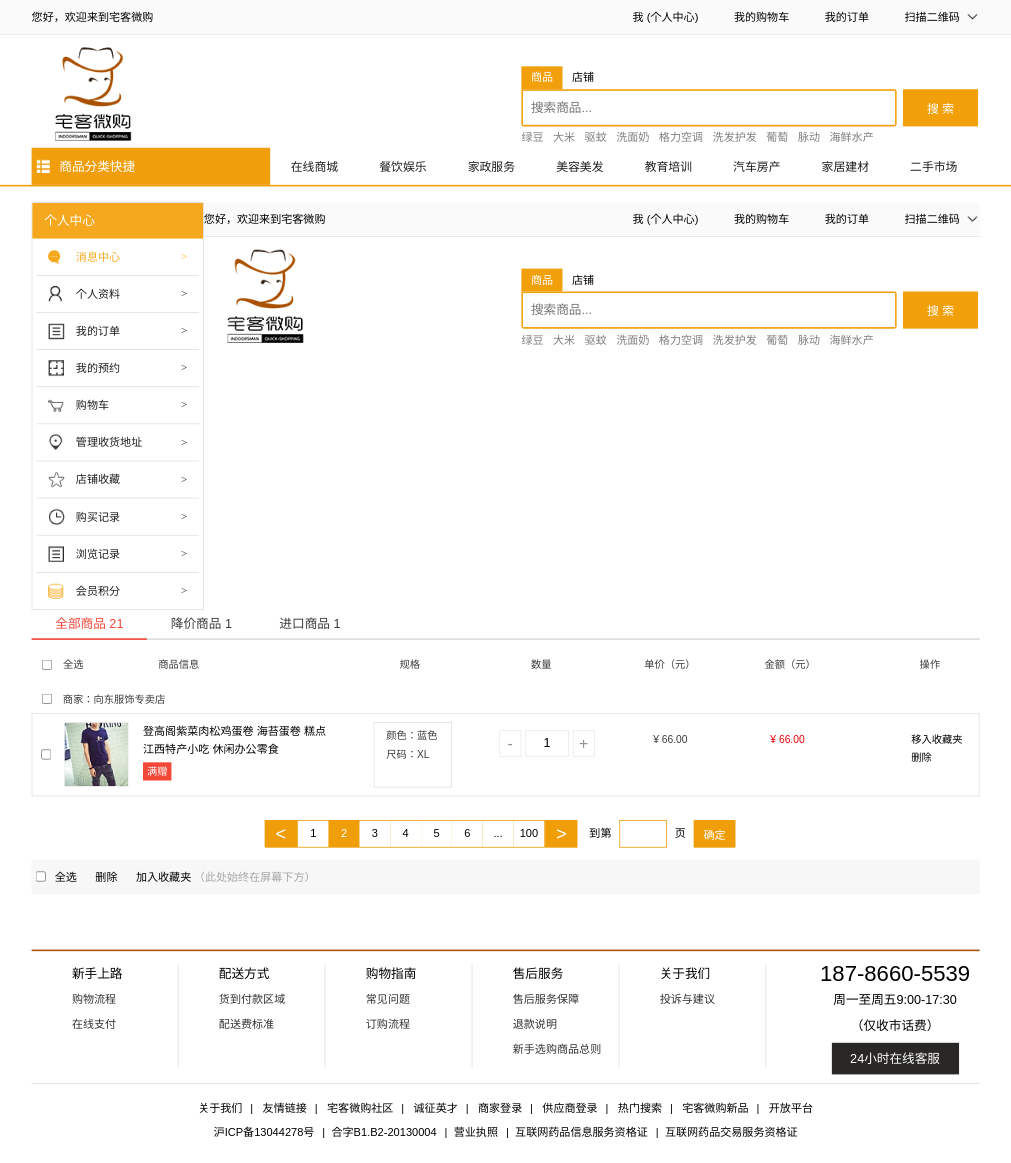
Repository: hucongting/MobliePhoneMall
Page: http://localhost/HelloMall/home/my_cart.jsp
These files come from the project's save history. The page is drawn as it stood at one moment and after the next save; the edit follows.
The browser window is 1280 px wide. The pictures show the whole page, at 79% of full size.
The page is served by Tomcat 9. Nobody is signed in. The application's start-up code is not run.

Above is the page before, as saved 2018-09-01 06:50:34.

After the next save:
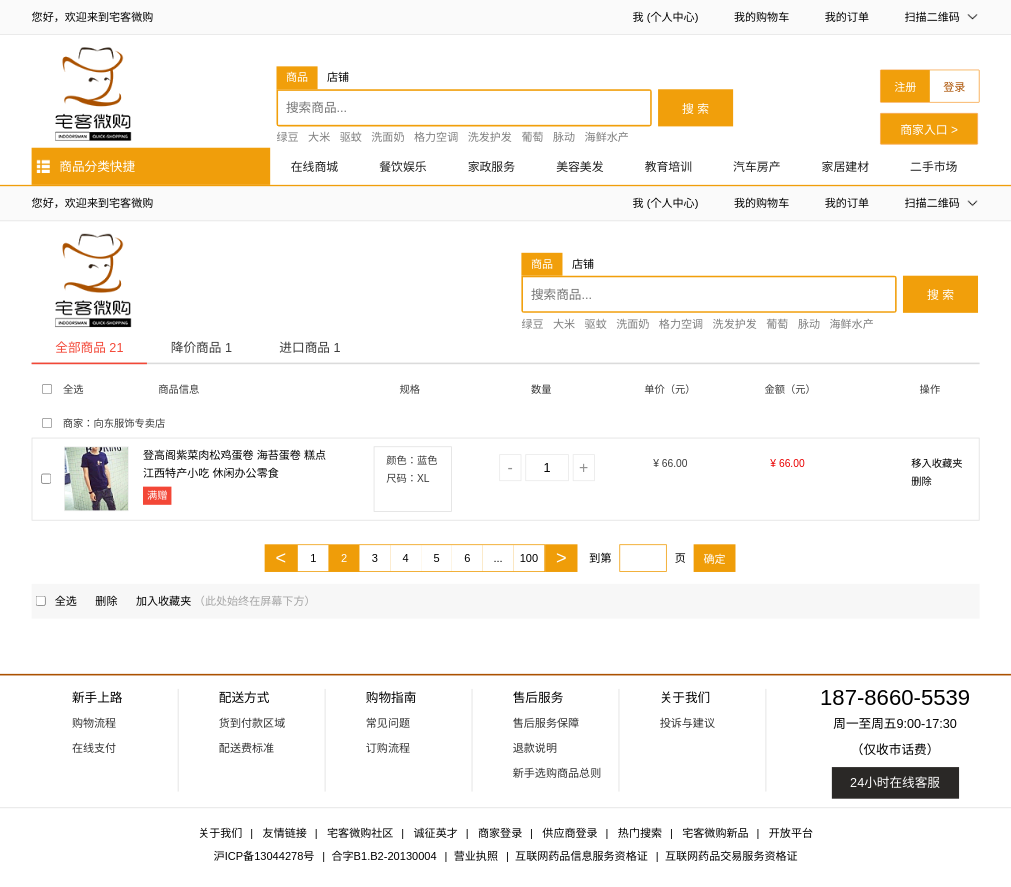
Saved 40 s later.
--- a/HelloMall/src/main/webapp/home/my_cart.jsp
+++ b/HelloMall/src/main/webapp/home/my_cart.jsp
@@ -12,7 +12,7 @@
 </head>
 
 <body style="position:relative;">
-	<jsp:include page="top.jsp"></jsp:include>
+	<jsp:include page="index_top.jsp"></jsp:include>
 	<!--top 开始-->
     <div class="top">
     	<div class="top-con w1200">
